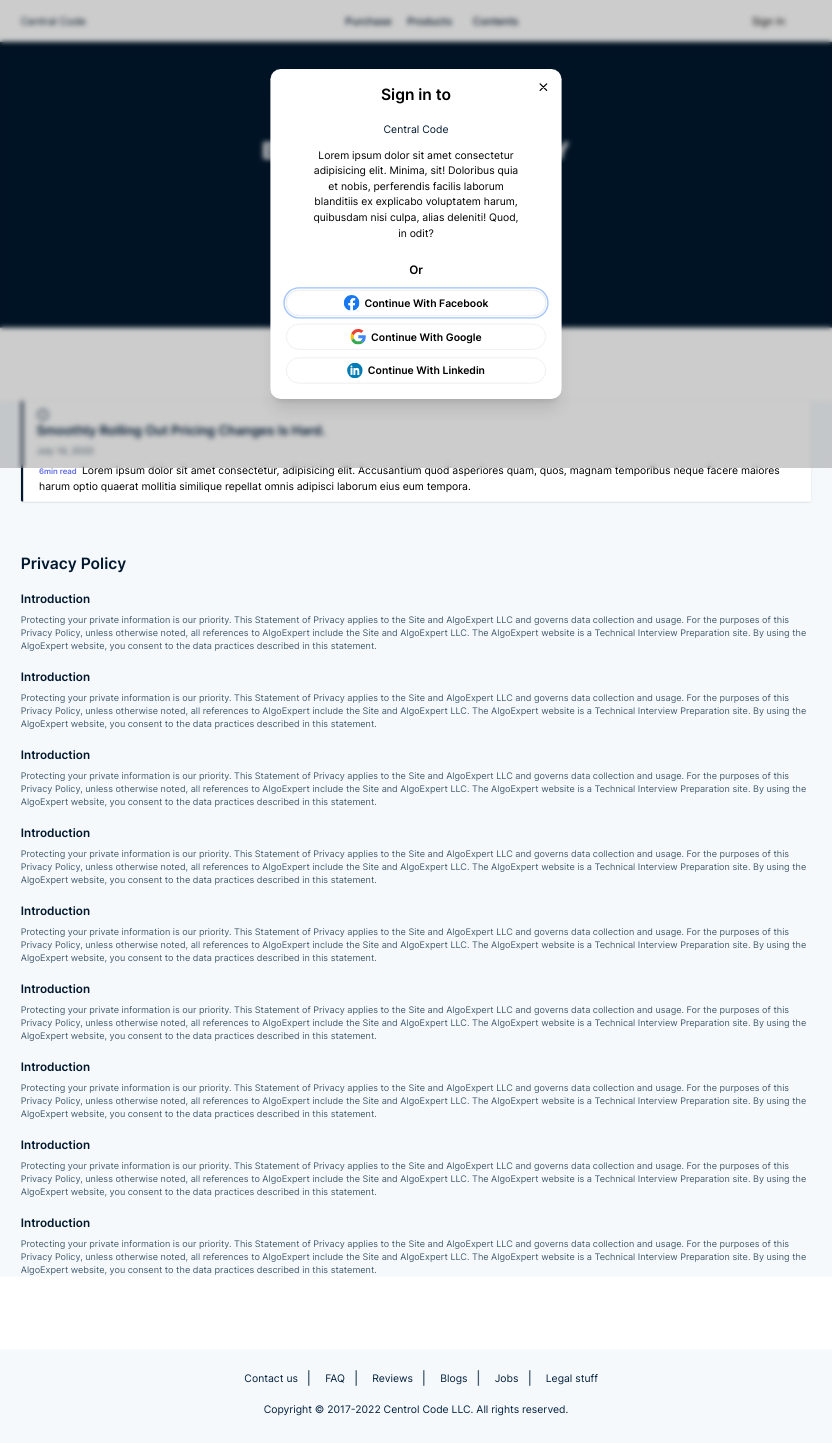
Repository: om1ars/Xjkey
Page: /privacy
These files come from the project's save history. The page is drawn as it stood at one moment and after the next save; the edit follows.
The browser window is 1280 px wide. The pictures show the whole page, at 65% of full size.
The project was rebuilt for these pictures with package versions that can differ from the ones it lists, and the page was loaded fresh each time. The framework's server and built-in components were replaced by stand-ins that run in the browser. Also part of the build but not shown: next.config.js.

Above is the page before, as saved 2022-03-20 23:39:37.

### src/pages/_app.tsx
import "@/css/fonts.css";
// Import Swiper styles
import "swiper/css";
import "swiper/css/free-mode";
import "swiper/css/scrollbar";
import "swiper/css/navigation";
//
import "@/css/main.scss";
import type { AppProps } from "next/app";
import { ThemeProvider } from "next-themes";
import { Header } from "@/components/Header";
import DefaultLayout from "@/layouts/DefaultLayout";
import Head from "next/head";

function MyApp({ Component, pageProps }: AppProps) {
  return (
    <>
      <Head>
        <link
          rel="stylesheet"
          href="https://cdn.jsdelivr.net/gh/devicons/devicon@latest/devicon.min.css"
        />
      </Head>
      <ThemeProvider attribute="class" defaultTheme="system">
        <DefaultLayout>
          <Component {...pageProps} />
        </DefaultLayout>
      </ThemeProvider>
    </>
  );
}

export default MyApp;

### src/pages/_document.tsx
import NextDocument, {
  Html,
  Head,
  Main,
  NextScript,
  DocumentContext,
} from 'next/document';

export default class Document extends NextDocument {
  static async getInitialProps(ctx: DocumentContext) {
    const initialProps = await NextDocument.getInitialProps(ctx);
    return { ...initialProps };
  }

  render() {
    return (
      <Html lang='en' className='dark'>
        <Head>
          <link href='/favicons/site.webmanifest' rel='manifest' />
          <link href='/favicons/favicon.ico' rel='shortcut icon' />
          <link
            href='/favicons/apple-touch-icon.png'
            rel='apple-touch-icon'
            sizes='180x180'
          />
          <link
            href='/favicons/favicon-32x32.png'
            rel='icon'
            sizes='32x32'
            type='image/png'
          />
          <link
            href='/favicons/favicon-16x16.png'
            rel='icon'
            sizes='16x16'
            type='image/png'
          />
          <link
            rel='mask-icon'
            href='/favicons/safari-pinned-tab.svg'
            color='#6366f1'
          />
          <meta content='#ffffff' name='theme-color' />
          <meta content='#ffffff' name='msapplication-TileColor' />
          <meta
            content='/favicons/browserconfig.xml'
            name='msapplication-config'
          />
        </Head>
        <body className='dark:highlight-white/5 bg-neutral-100 text-slate-900 antialiased dark:bg-gray-800 dark:text-white'>
          <Main />
          <NextScript />
        </body>
      </Html>
    );
  }
}

### src/pages/privacy.tsx
import Hero from "@/components/HomeComponents/Hero";
import React from "react";
import { AiOutlineInfoCircle } from "react-icons/ai";

export default function Privacy() {
  return (
    <div>
      <Hero title="Boring Privacy Policy" subtitle="Because we gotta have it" />

      <main
        className="mx-auto max-w-screen-xl bg-whiteBg px-6 sm:px-8 "
        id="video-explanation"
      >
        <div className="mt-28 mb-28 space-y-20">
          <div className="rounded border-l-4 border-mainBg bg-white py-3 px-5 shadow transition-all hover:-translate-y-1 hover:shadow-lg">
            <div className="flex flex-row items-center justify-between">
              <div>
                <h6 className="text-xl font-semibold  text-textBold">
                  <AiOutlineInfoCircle />
                  <span>Smoothly Rolling Out Pricing Changes Is Hard.</span>
                </h6>
                <h4 className="mt-2 mb-2  text-left text-sm text-textColor">
                  July 14, 2020
                </h4>
              </div>
              <div></div>
            </div>
            <div className="flex flex-row items-center justify-start text-left">
              <span className="mr-1"></span>
              <p>
                <span className="mr-2 text-xs  font-semibold  text-buttonBg">
                  6min read
                </span>
                <span>
                  Lorem ipsum dolor sit amet consectetur, adipisicing elit.
                  Accusantium quod asperiores quam, quos, magnam temporibus
                  neque facere maiores harum optio quaerat mollitia similique
                  repellat omnis adipisci laborum eius eum tempora.{" "}
                </span>
              </p>
            </div>
          </div>

          <div className="mt-4">
            <h1 className="text-2xl  font-semibold text-mainBg ">
              Privacy Policy
            </h1>
            <div className="mt-6">
              <span className="mt-3  text-lg font-semibold text-mainBg">
                Introduction
              </span>
              <p className="text mt-2 text-sm text-textColor">
                Protecting your private information is our priority. This
                Statement of Privacy applies to the Site and AlgoExpert LLC and
                governs data collection and usage. For the purposes of this
                Privacy Policy, unless otherwise noted, all references to
                AlgoExpert include the Site and AlgoExpert LLC. The AlgoExpert
                website is a Technical Interview Preparation site. By using the
                AlgoExpert website, you consent to the data practices described
                in this statement.
              </p>
            </div>
            <div className="mt-6">
              <span className="mt-3  text-lg font-semibold text-mainBg">
                Introduction
              </span>
              <p className="text mt-2 text-sm text-textColor">
                Protecting your private information is our priority. This
                Statement of Privacy applies to the Site and AlgoExpert LLC and
                governs data collection and usage. For the purposes of this
                Privacy Policy, unless otherwise noted, all references to
                AlgoExpert include the Site and AlgoExpert LLC. The AlgoExpert
                website is a Technical Interview Preparation site. By using the
                AlgoExpert website, you consent to the data practices described
                in this statement.
              </p>
            </div>
            <div className="mt-6">
              <span className="mt-3  text-lg font-semibold text-mainBg">
                Introduction
              </span>
              <p className="text mt-2 text-sm text-textColor">
                Protecting your private information is our priority. This
                Statement of Privacy applies to the Site and AlgoExpert LLC and
                governs data collection and usage. For the purposes of this
                Privacy Policy, unless otherwise noted, all references to
                AlgoExpert include the Site and AlgoExpert LLC. The AlgoExpert
                website is a Technical Interview Preparation site. By using the
                AlgoExpert website, you consent to the data practices described
                in this statement.
              </p>
            </div>
            <div className="mt-6">
              <span className="mt-3  text-lg font-semibold text-mainBg">
                Introduction
              </span>
              <p className="text mt-2 text-sm text-textColor">
                Protecting your private information is our priority. This
                Statement of Privacy applies to the Site and AlgoExpert LLC and
                governs data collection and usage. For the purposes of this
                Privacy Policy, unless otherwise noted, all references to
                AlgoExpert include the Site and AlgoExpert LLC. The AlgoExpert
                website is a Technical Interview Preparation site. By using the
                AlgoExpert website, you consent to the data practices described
                in this statement.
              </p>
            </div>
            <div className="mt-6">
              <span className="mt-3  text-lg font-semibold text-mainBg">
                Introduction
              </span>
              <p className="text mt-2 text-sm text-textColor">
                Protecting your private information is our priority. This
                Statement of Privacy applies to the Site and AlgoExpert LLC and
                governs data collection and usage. For the purposes of this
                Privacy Policy, unless otherwise noted, all references to
                AlgoExpert include the Site and AlgoExpert LLC. The AlgoExpert
                website is a Technical Interview Preparation site. By using the
                AlgoExpert website, you consent to the data practices described
                in this statement.
              </p>
            </div>
            <div className="mt-6">
              <span className="mt-3  text-lg font-semibold text-mainBg">
                Introduction
              </span>
              <p className="text mt-2 text-sm text-textColor">
                Protecting your private information is our priority. This
                Statement of Privacy applies to the Site and AlgoExpert LLC and
                governs data collection and usage. For the purposes of this
                Privacy Policy, unless otherwise noted, all references to
                AlgoExpert include the Site and AlgoExpert LLC. The AlgoExpert
                website is a Technical Interview Preparation site. By using the
                AlgoExpert website, you consent to the data practices described
                in this statement.
              </p>
            </div>
            <div className="mt-6">
              <span className="mt-3  text-lg font-semibold text-mainBg">
                Introduction
              </span>
              <p className="text mt-2 text-sm text-textColor">
                Protecting your private information is our priority. This
                Statement of Privacy applies to the Site and AlgoExpert LLC and
                governs data collection and usage. For the purposes of this
                Privacy Policy, unless otherwise noted, all references to
                AlgoExpert include the Site and AlgoExpert LLC. The AlgoExpert
                website is a Technical Interview Preparation site. By using the
                AlgoExpert website, you consent to the data practices described
                in this statement.
              </p>
            </div>
            <div className="mt-6">
              <span className="mt-3  text-lg font-semibold text-mainBg">
                Introduction
              </span>
              <p className="text mt-2 text-sm text-textColor">
                Protecting your private information is our priority. This
                Statement of Privacy applies to the Site and AlgoExpert LLC and
                governs data collection and usage. For the purposes of this
                Privacy Policy, unless otherwise noted, all references to
                AlgoExpert include the Site and AlgoExpert LLC. The AlgoExpert
                website is a Technical Interview Preparation site. By using the
                AlgoExpert website, you consent to the data practices described
                in this statement.
              </p>
            </div>
            <div className="mt-6">
              <span className="mt-3  text-lg font-semibold text-mainBg">
                Introduction
              </span>
              <p className="text mt-2 text-sm text-textColor">
                Protecting your private information is our priority. This
                Statement of Privacy applies to the Site and AlgoExpert LLC and
                governs data collection and usage. For the purposes of this
                Privacy Policy, unless otherwise noted, all references to
                AlgoExpert include the Site and AlgoExpert LLC. The AlgoExpert
                website is a Technical Interview Preparation site. By using the
                AlgoExpert website, you consent to the data practices described
                in this statement.
              </p>
            </div>
          </div>
        </div>
      </main>
    </div>
  );
}

### src/css/fonts.css
@font-face {
  font-family: "Inter var";
  font-weight: 100 900;
  font-display: swap;
  font-style: normal;
  font-named-instance: "Regular";
  src: url("../fonts/Inter-roman-latin.var.woff2") format("woff2");
}

@font-face {
  font-family: "Inter var";
  font-weight: 100 900;
  font-display: swap;
  font-style: italic;
  font-named-instance: "Italic";
  src: url("../fonts/Inter-italic-latin.var.woff2") format("woff2");
}

### src/css/main.scss
@tailwind base;
@tailwind components;
@tailwind utilities;
@import "./flip-card.scss";
@import "node_modules/react-modal-video/scss/modal-video.scss";

@layer base {
  .dark {
    color-scheme: dark;
  }
}

/* styling Swiper default navigations elements */
.swiper-button-next {
  background-color: theme("colors.white");
  height: 40px;
  width: 40px;
  border-radius: 100px;
  box-shadow: theme("boxShadow.lg");
  transition: all;
  transition-duration: 150ms;
}

html.dark .swiper-button-next {
  background-color: theme("colors.mainBg");
}

.swiper-button-next:hover {
  background-color: theme("colors.mainBg");
}

html.dark .swiper-button-next:hover {
  background-color: theme("colors.mainBg");
}

.swiper-button-next::after {
  color: black;
  font-size: 1rem;
  font-weight: bold;
}
html.dark .swiper-button-next::after {
  color: theme("colors.white");
}

.swiper-button-prev {
  background-color: theme("colors.white");
  height: 40px;
  width: 40px;
  border-radius: 100px;
  box-shadow: theme("boxShadow.lg");
  transition: all;
  transition-duration: 150ms;
}

html.dark .swiper-button-prev {
  background-color: theme("colors.mainBg");
}

.swiper-button-prev:hover {
  background-color: theme("colors.mainBg");
}

html.dark .swiper-button-prev:hover {
  background-color: theme("colors.mainBg");
}

.swiper-button-prev::after {
  color: black;
  font-size: 1rem;
  font-weight: bold;
}
html.dark .swiper-button-prev::after {
  color: theme("colors.white");
}

html.dark .swiper-scrollbar {
  background: rgb(255, 255, 255, 0.2);
}
html.dark .swiper-scrollbar-drag {
  background: rgb(255, 255, 255, 0.6);
}
/* end of styling Swiper default navigations elements */

.front_main_drop:hover .front_sub_drop {
  display: block;
}
.back_main_drop:hover .back_sub_drop {
  display: block;
}

::-webkit-scrollbar {
  width: 4px;
}

/* Handle */
::-webkit-scrollbar-thumb {
  background: #626ee3;
  border-radius: 6px;
}

/* Handle on hover */
::-webkit-scrollbar-thumb:hover {
  background: #535DC5;
}

### src/layouts/DefaultLayout.tsx
import Footer from "@/components/Footer";
import { Header } from "@/components/Header";
import React, { FC } from "react";

export default function DefaultLayout({ children }: any) {
  return (
    <div>
      <Header />
      <main>{children}</main>
      <Footer />
    </div>
  );
}

### src/css/flip-card.scss
.algo_flip_card_container {
  width: 100%;
  padding: 40px;
  height: 100%;
  background: #02203c;
  //   display: flex;
  justify-content: center;
  align-items: center;
}
.services-box {
  display: flex;
  justify-content: center;
  align-items: center;
  flex-wrap: wrap;
}

.service {
  margin: 8px;
}

.flip-box {
  background-color: transparent;
  width: 300px;
  height: 200px;
  //   border: 1px solid #15314b;
  border-radius: 10px;
  perspective: 1000px;
}

.flip-box-inner {
  position: relative;
  width: 100%;
  height: 100%;
  text-align: center;
  transition: transform 0.4s;
  transform-style: preserve-3d;

  display: flex;
  justify-content: center;
  align-items: center;
}

.flip-box:hover .flip-box-inner {
  transform: rotateY(180deg);
}

.flip-box-front,
.flip-box-back {
  position: absolute;
  width: 100%;
  height: 100%;
  -webkit-backface-visibility: hidden;
  backface-visibility: hidden;

  display: flex;
  justify-content: center;
  align-items: center;
  flex-direction: column;
}

.flip-box-front {
  background-color: #15314b;
  color: white;
  border-radius: 4px;
}


.flip-box-front img {
  height: 50px;
  width: 50px;
}

.flip-box-back {
  background-color: #15314b;
  color: white;
  transform: rotateY(180deg);
  border-radius: 4px;
  padding: 16px;
}

### src/components/Footer.tsx
import Link from "next/link";
import React from "react";

export default function Footer() {
  return (
    <div>
      <div className="mt-10 flex flex-col items-center justify-center bg-whiteBg pl-48 pr-48 pt-8 pb-10 text-textBold">
        <div className="sm:flex sm:flex-wrap md:flex md:flex-wrap lg:flex ">
          <div className="ml-4 flex ">
            <span className="mr-2 ml-2">
              <Link href="/help">Contact us</Link>
            </span>
            <div className=" ml-2 w-0.5 bg-textColor"></div>
          </div>
          <div className="ml-4 flex ">
            <span className="mr-2 ml-2">
              <Link href="/help">FAQ</Link>
            </span>
            <div className=" ml-2 w-0.5 bg-textColor"></div>
          </div>
          <div className="ml-4 flex ">
            <span className="mr-2 ml-2">Reviews</span>
            <div className=" ml-2 w-0.5 bg-textColor"></div>
          </div>
          <div className="ml-4 flex ">
            <span className="mr-2 ml-2">
              <Link href="/blog">Blogs</Link>
            </span>
            <div className=" ml-2 w-0.5 bg-textColor"></div>
          </div>
          <div className="ml-4 flex ">
            <span className="mr-2 ml-2">Jobs</span>
            <div className=" ml-2 w-0.5 bg-textColor"></div>
          </div>
          <div className="ml-4 flex ">
            <span className="mr-2 ml-2 ">
              <Link href="/privacy">Legal stuff</Link>
            </span>
          </div>
        </div>
        <div className="mt-6">
          <span>
            Copyright © 2017-2022 Centrol Code LLC. All rights reserved.
          </span>
        </div>
      </div>
    </div>
  );
}

### src/components/Button/index.tsx
import React, { forwardRef } from "react";
import { __DEV__ } from "@/utils/assertions";

type BaseButtonProps = Omit<React.HTMLProps<HTMLButtonElement>, "size">;

/* === Button Element === */

export interface ButtonProps extends BaseButtonProps {
  children: React.ReactNode;
  fullWidth?: boolean;
  className?: string;
  variant?: "solid" | "outline" | "ghost";
  size?: "sm" | "md" | "lg";
  as?: string;
  isExternal?: boolean;
  type?: "button" | "submit" | "reset";
}

export const Button = forwardRef<HTMLButtonElement, ButtonProps>(
  (
    {
      children,
      variant = "solid",
      size = "md",
      fullWidth = false,
      className,
      as = "button",
      isExternal = false,
      ...rest
    },
    ref
  ) => {
    let tempClassNames: string[] = [];

    const sharedClasses = [
      "capitalize",
      "focus:outline-none",
      "focus:ring-2",
      "focus:ring-sky-400",
      "focus:ring-offset-2",
      "focus:ring-offset-sky-50",
      "font-semibold",
      "rounded-full",
      "inline-flex",
      "flex-shrink-0",
      "items-center",
      "justify-center",
      "transition-colors",
      "ease-in-out",
      "duration-500",
    ];

    if (fullWidth) sharedClasses.push("w-full");

    // handle variants
    let btnSolid = ["bg-sky-600", "hover:bg-sky-700", "text-white"];
    let btnOutline = [
      "dark:text-white",
      "hover:text-sky-700",
      "hover:dark:text-sky-700",
      "bg-transparent",
      "hover:bg-sky-50",
      "border",
      "border-sky-600",
    ];
    let btnGhost = [
      "bg-transparent",
      "dark:text-white",
      "hover:bg-sky-50",
      "hover:text-sky-700",
      "hover:dark:text-sky-700",
    ];

    if (variant === "solid") {
      tempClassNames = [...sharedClasses, ...btnSolid];
    } else if (variant === "outline") {
      tempClassNames = [...sharedClasses, ...btnOutline];
    } else if (variant === "ghost") {
      tempClassNames = [...sharedClasses, ...btnGhost];
    }

    // handle sizes
    let sizeSm = ["h-8", "px-2", "text-sm"];
    let sizeMd = ["h-10", "px-3"];
    let sizeLg = ["h-12", "px-4", "text-lg"];

    if (size === "sm") {
      tempClassNames = [...tempClassNames, ...sizeSm];
    } else if (size === "md") {
      tempClassNames = [...tempClassNames, ...sizeMd];
    } else if (size === "lg") {
      tempClassNames = [...tempClassNames, ...sizeLg];
    }

    let classes = tempClassNames.join(" ");

    let Element = as ? (
      React.createElement(
        as,
        {
          className: `${classes} ${className}`,
          target: isExternal ? "_blank" : undefined,
          rel: isExternal ? "noopener noreferrer" : undefined,
          ref,
          ...rest,
        },
        children
      )
    ) : (
      <button {...rest} className={`${classes} ${className}`} ref={ref}>
        {children}
      </button>
    );

    return Element;
  }
);

if (__DEV__) {
  Button.displayName = "Button";
}

/* === IconButton Element === */

export interface IconButtonProps extends ButtonProps {
  icon?: React.ReactElement;
  "aria-label": string;
}

export const IconButton = forwardRef<HTMLButtonElement, IconButtonProps>(
  (
    {
      children,
      icon,
      className,
      "aria-label": ariaLabel,
      size = "md",
      ...rest
    },
    ref
  ) => {
    let sharedClasses = ["rounded-full", "!px-0"];

    // handle sizes
    let sizeSm = ["w-8"];
    let sizeMd = ["w-10"];
    let sizeLg = ["w-12"];

    if (size === "sm") {
      sharedClasses = [...sharedClasses, ...sizeSm];
    } else if (size === "md") {
      sharedClasses = [...sharedClasses, ...sizeMd];
    } else if (size === "lg") {
      sharedClasses = [...sharedClasses, ...sizeLg];
    }

    /**
     * Passing the icon as prop or children should work
     */
    const element = icon || children;
    const _children = React.isValidElement(element)
      ? React.cloneElement(element as any, {
          "aria-hidden": true,
          focusable: false,
        })
      : null;

    let classes = sharedClasses.join(" ");
    return (
      <Button
      className={`${classes} ${className}`}
        aria-label={ariaLabel}
        size={size}
        {...rest}
        ref={ref}
      >
        {_children}
      </Button>
    );
  }
);

if (__DEV__) {
  IconButton.displayName = "IconButton";
}

### src/components/Logo.tsx
import clsx from "clsx";
import React from "react";

export default function Logo() {
  return (
    <span
      className='text-mainBg'
    >
      Central Code
    </span>
  );
}

### src/utils/assertions.ts
export const __DEV__ = process.env.NODE_ENV !== "production";

Loaded but not shown: tailwind.config.js (40 lines, source omitted); src/components/Header.tsx (386 lines, source omitted); src/components/HomeComponents/AuthenticationDialog.tsx (206 lines, source omitted); src/components/ThemeToggle.tsx (220 lines, source omitted); src/components/HomeComponents/Hero.tsx (167 lines, source omitted)

After the next save:
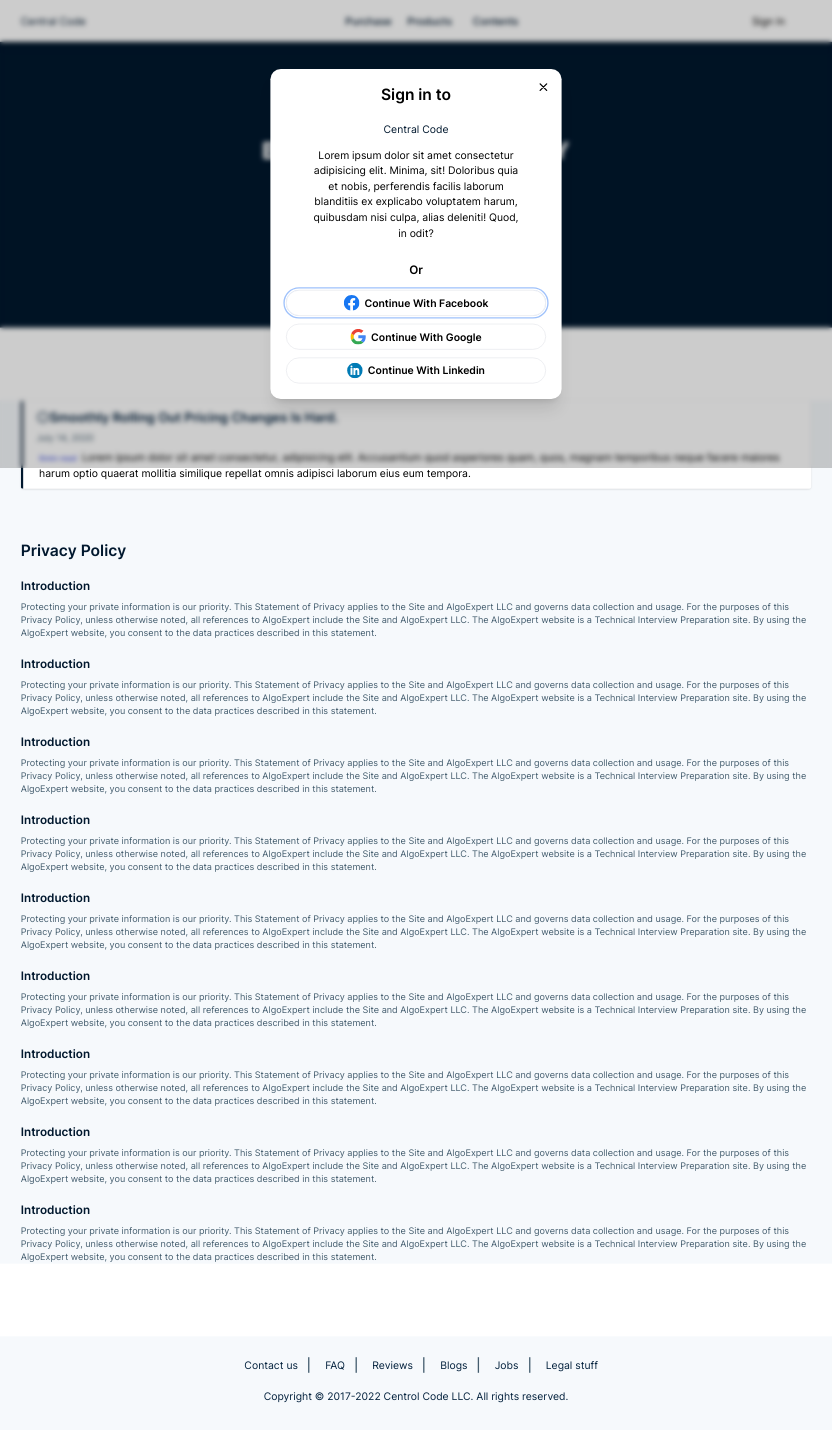
Saved 8 s later.
--- a/src/pages/privacy.tsx
+++ b/src/pages/privacy.tsx
@@ -15,7 +15,7 @@ export default function Privacy() {
           <div className="rounded border-l-4 border-mainBg bg-white py-3 px-5 shadow transition-all hover:-translate-y-1 hover:shadow-lg">
             <div className="flex flex-row items-center justify-between">
               <div>
-                <h6 className="text-xl font-semibold  text-textBold">
+                <h6 className="text-xl font-semibold flex items-center justify-center   text-textBold">
                   <AiOutlineInfoCircle />
                   <span>Smoothly Rolling Out Pricing Changes Is Hard.</span>
                 </h6>
